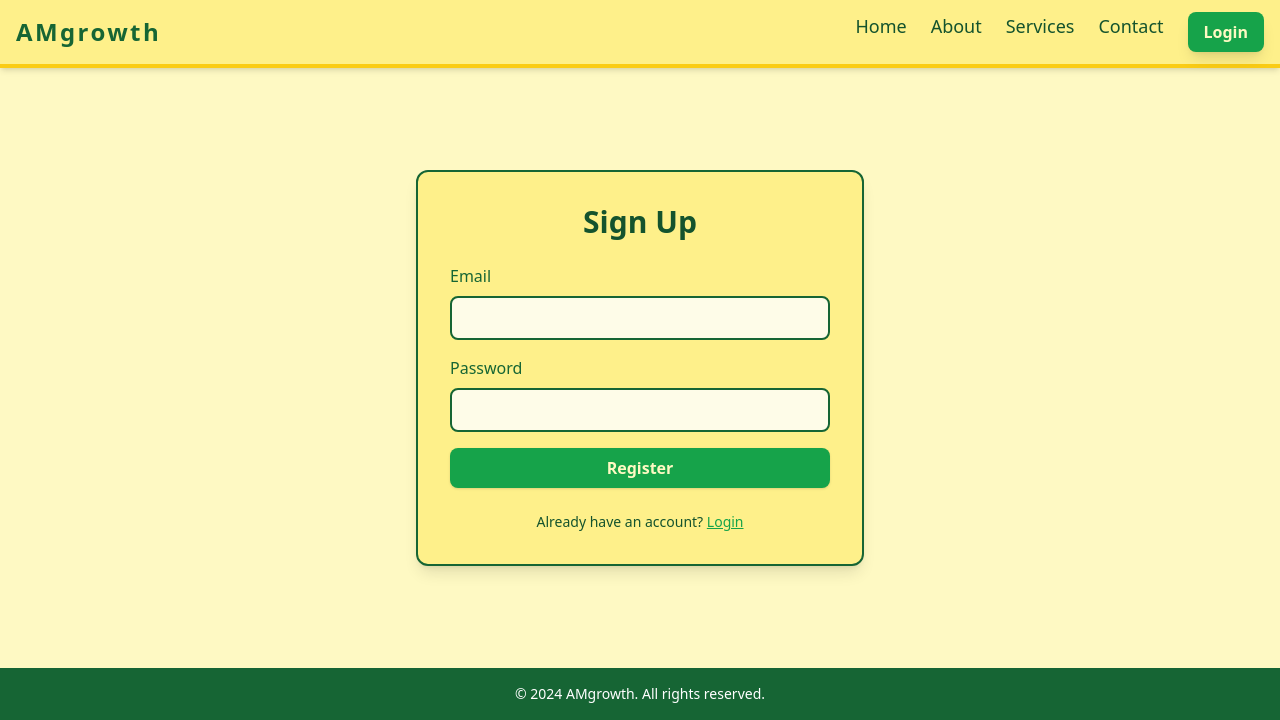
Repository: ArievfRahman-Dev/Mini-Project-II
Page: /regist (app in miniproject2/)
An editor plug-in stored every save of this project. The page is shown before and after the next save, followed by the edit.
The browser window is 1280 px wide. The pictures show the whole page.
The project was rebuilt for these pictures with package versions that can differ from the ones it lists, and the page was loaded fresh each time. Also part of the build but not shown: miniproject2/vite.config.js, miniproject2/src/pages/HomePage/index.jsx, miniproject2/src/pages/DetailUser/index.jsx, miniproject2/src/pages/LoginPage/index.jsx, miniproject2/src/routes/ProtectedRoute.jsx.

Above is the page before, as saved 2024-12-16 23:37:21.

### miniproject2/index.html
<!DOCTYPE html>
<html lang="en">
  <head>
    <meta charset="UTF-8" />
    <link rel="icon" type="image/svg+xml" href="/vite.svg" />
    <meta name="viewport" content="width=device-width, initial-scale=1.0" />
    <title>Vite + React</title>
    <link
      href="https://fonts.googleapis.com/css2?family=Roboto:wght@400;500;700&display=swap"
      rel="stylesheet"
    />
    <link
      href="https://cdn.jsdelivr.net/npm/remixicon/fonts/remixicon.css"
      rel="stylesheet"
    />
  </head>
  <body>
    <div id="root"></div>
    <script type="module" src="/src/main.jsx"></script>
  </body>
</html>

### miniproject2/src/App.jsx
import { BrowserRouter, Routes, Route } from "react-router-dom";
import { HomePage } from "./pages/HomePage";
import { DetailUser } from "./pages/DetailUser";
import { LoginPage } from "./pages/LoginPage";
import { RegisterPage } from "./pages/RegisterPages";
import { ProtectedRoute } from "./routes/ProtectedRoute";

export const App = () => {
  return (
    <div>
      <BrowserRouter>
        <Routes>
          <Route path="/" element={<HomePage />} />
          <Route
            path="/detail/:id"
            element={
              <ProtectedRoute>
                <DetailUser />
              </ProtectedRoute>
            }
          />
          <Route path="/login" element={<LoginPage />} />
          <Route path="/regist" element={<RegisterPage />} />
        </Routes>
      </BrowserRouter>
    </div>
  );
};

### miniproject2/src/pages/RegisterPages/index.jsx
import axios from "axios";
import { useState } from "react";
import { useNavigate } from "react-router-dom";
import { Navbar } from "../../components/Navbar";
import { Footer } from "../../components/Footer";
import { Link } from "react-router-dom";

export const RegisterPage = () => {
  const [form, setForm] = useState({
    email: "",
    password: "",
  });
  const [error, setError] = useState("");
  const [success, setSuccess] = useState("");
  const [loading, setLoading] = useState(false);

  const navigate = useNavigate();

  const handleChange = (e) => {
    setForm({
      ...form,
      [e.target.name]: e.target.value,
    });
  };

  const handleRegister = async (e) => {
    e.preventDefault();
    setLoading(true);
    try {
      const res = await axios.post("https://reqres.in/api/register", form);
      setSuccess("Registration successful.");
      setTimeout(() => {
        navigate("/login");
      }, 2000);
      console.log(res);
    } catch (error) {
      console.log(error.response);
      setError(error.response.data.error);
    } finally {
      setLoading(false);
    }
  };

  return (
    <div className="min-h-screen bg-yellow-100 flex flex-col">
      <Navbar />
      <div className="flex flex-1 items-center justify-center p-4">
        <div className="bg-yellow-200 p-8 rounded-xl shadow-lg w-full max-w-md border-2 border-green-800">
          <h1 className="text-3xl font-bold text-center text-green-900 retro-font mb-6">
            Sign Up
          </h1>
          <form>
            <div className="mb-4">
              <label
                htmlFor="email"
                className="block text-green-800 font-medium retro-font mb-2"
              >
                Email
              </label>
              <input
                type="email"
                name="email"
                onChange={handleChange}
                className="w-full px-4 py-2 border-2 border-green-800 rounded-lg focus:outline-none focus:ring-2 focus:ring-yellow-400 text-green-900 bg-yellow-50"
              />
            </div>
            <div className="mb-4">
              <label
                htmlFor="password"
                className="block text-green-800 font-medium retro-font mb-2"
              >
                Password
              </label>
              <input
                type="password"
                name="password"
                onChange={handleChange}
                className="w-full px-4 py-2 border-2 border-green-800 rounded-lg focus:outline-none focus:ring-2 focus:ring-yellow-400 text-green-900 bg-yellow-50"
              />
            </div>
            {error && <p className="mb-4 text-red-500 text-sm">{error}</p>}
            {success && (
              <p className="mb-4 text-green-500 text-sm">{success}</p>
            )}
            <button
              disabled={loading}
              onClick={handleRegister}
              className={`w-full px-4 py-2 font-semibold text-yellow-100 rounded-lg shadow retro-font ${
                loading
                  ? "bg-yellow-400 cursor-not-allowed"
                  : "bg-green-600 hover:bg-green-800"
              } focus:outline-none focus:ring-2 focus:ring-green-400 focus:ring-offset-1`}
              type="submit"
            >
              {loading ? "Loading..." : "Register"}
            </button>
          </form>
          <p className="mt-6 text-sm text-green-900 text-center">
            Already have an account?{" "}
            <Link
              to={`/login`}
              className="text-green-600 hover:text-green-800 retro-font underline"
            >
              Login
            </Link>
          </p>
        </div>
      </div>
      <Footer />
    </div>
  );
};

### miniproject2/src/components/Navbar/index.jsx
import { Link, useNavigate } from "react-router-dom";
import { useState } from "react";

export const Navbar = () => {
  const navigate = useNavigate();
  const token = localStorage.getItem("access_token");
  const [isMenuOpen, setIsMenuOpen] = useState(false);

  const handleLogout = () => {
    localStorage.clear();
    setTimeout(() => navigate("/login"), 1000);
  };

  const toggleMenu = () => setIsMenuOpen((prevState) => !prevState);

  // Close the menu when a menu item is clicked
  const closeMenu = () => setIsMenuOpen(false);

  return (
    <nav className="sticky top-0 z-50 bg-yellow-200 border-b-4 border-yellow-400 shadow-md">
      <div className="container mx-auto px-4 py-3 flex justify-between items-center">
        {/* Logo */}
        <Link
          to="/"
          className="text-2xl font-bold text-green-800 retro-font tracking-widest"
        >
          AMgrowth
        </Link>

        {/* Desktop Navigation Links */}
        <div className="hidden md:flex space-x-6">
          <Link
            to="/"
            className="text-green-900 hover:text-yellow-700 font-medium text-lg"
          >
            Home
          </Link>
          <Link
            to="/about"
            className="text-green-900 hover:text-yellow-700 font-medium text-lg"
          >
            About
          </Link>
          <Link
            to="/services"
            className="text-green-900 hover:text-yellow-700 font-medium text-lg"
          >
            Services
          </Link>
          <Link
            to="/contact"
            className="text-green-900 hover:text-yellow-700 font-medium text-lg"
          >
            Contact
          </Link>

          {/* Login/Logout Button */}
          {token ? (
            <button
              className="px-4 py-2 font-semibold text-yellow-100 bg-gray-500 rounded-lg hover:bg-gray-600 retro-font shadow-lg"
              onClick={handleLogout}
            >
              Logout
            </button>
          ) : (
            <Link
              to="/login"
              className="px-4 py-2 font-semibold text-yellow-100 bg-green-600 rounded-lg hover:bg-green-800 retro-font shadow-lg"
            >
              Login
            </Link>
          )}
        </div>

        {/* Hamburger Icon for Mobile */}
        <div className="md:hidden" onClick={toggleMenu}>
          <i className={isMenuOpen ? "ri-close-line" : "ri-menu-line"}></i>
        </div>
      </div>

      {/* Mobile Menu Links */}
      {isMenuOpen && (
        <div className="md:hidden flex flex-col items-center py-3 bg-yellow-200">
          <Link
            to="/"
            className="text-green-900 hover:text-yellow-700 font-medium text-lg py-2"
            onClick={() => {
              closeMenu();
            }}
          >
            Home
          </Link>
          <Link
            to="/about"
            className="text-green-900 hover:text-yellow-700 font-medium text-lg py-2"
            onClick={() => {
              closeMenu();
            }}
          >
            About
          </Link>
          <Link
            to="/services"
            className="text-green-900 hover:text-yellow-700 font-medium text-lg py-2"
            onClick={() => {
              closeMenu();
            }}
          >
            Services
          </Link>
          <Link
            to="/contact"
            className="text-green-900 hover:text-yellow-700 font-medium text-lg py-2"
            onClick={() => {
              closeMenu();
            }}
          >
            Contact
          </Link>

          {/* Login/Logout Button */}
          {token ? (
            <button
              className="px-4 py-2 font-semibold text-yellow-100 bg-gray-500 rounded-lg hover:bg-gray-600 retro-font shadow-lg mt-2"
              onClick={handleLogout}
            >
              Logout
            </button>
          ) : (
            <Link
              to="/login"
              className="px-4 py-2 font-semibold text-yellow-100 bg-green-600 rounded-lg hover:bg-green-800 retro-font shadow-lg mt-2"
              onClick={closeMenu}
            >
              Login
            </Link>
          )}
        </div>
      )}
    </nav>
  );
};

### miniproject2/src/components/Footer/index.jsx
export const Footer = () => {
  return (
    <div className="bg-green-800 text-white py-4">
      <div className="container mx-auto text-center">
        <p className="text-sm">
          &copy; {new Date().getFullYear()} AMgrowth. All rights reserved.
        </p>
      </div>
    </div>
  );
};

Loaded but not shown: miniproject2/src/main.jsx (common file); miniproject2/src/index.css (common file); miniproject2/tailwind.config.js (common file)

After the next save:
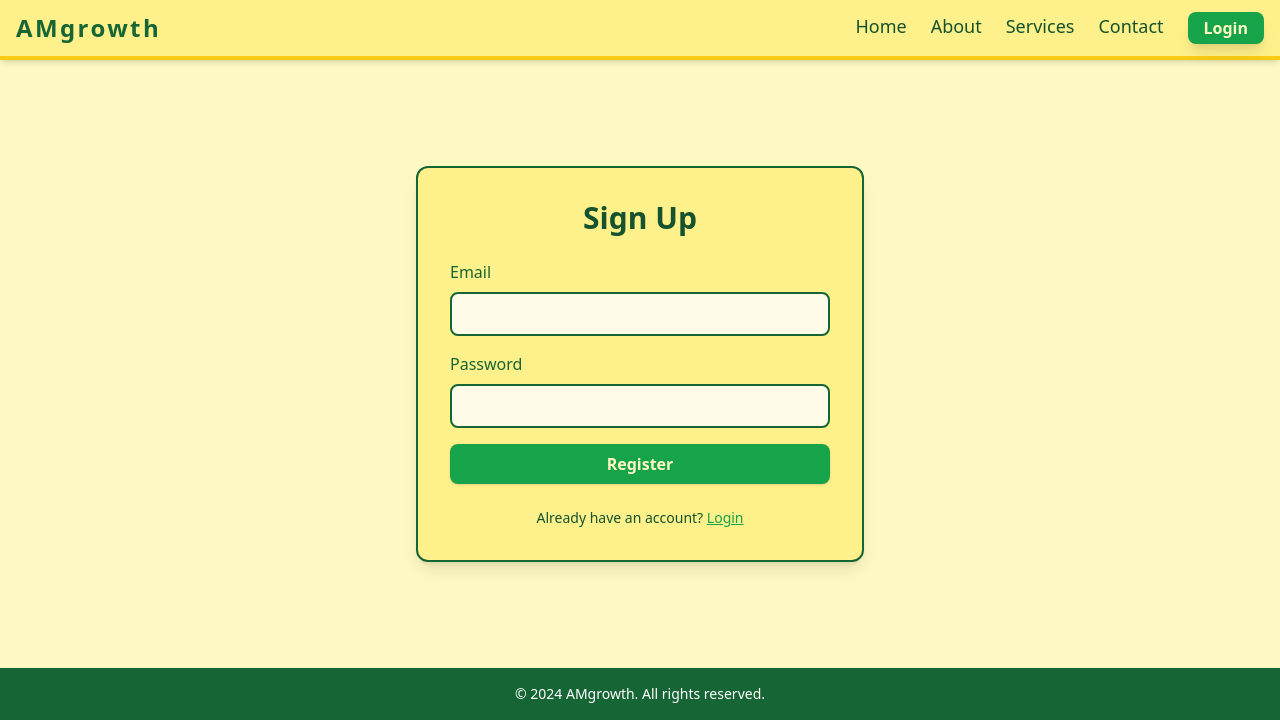
Saved 6 s later.
--- a/miniproject2/src/components/Navbar/index.jsx
+++ b/miniproject2/src/components/Navbar/index.jsx
@@ -5,21 +5,31 @@ export const Navbar = () => {
   const navigate = useNavigate();
   const token = localStorage.getItem("access_token");
   const [isMenuOpen, setIsMenuOpen] = useState(false);
+  const [activeLink, setActiveLink] = useState("");
 
   const handleLogout = () => {
     localStorage.clear();
-    setTimeout(() => navigate("/login"), 1000);
+    setTimeout(() => {
+      navigate("/login");
+    }, 1000);
   };
 
-  const toggleMenu = () => setIsMenuOpen((prevState) => !prevState);
+  const toggleMenu = () => {
+    setIsMenuOpen((prevState) => !prevState);
+  };
 
-  // Close the menu when a menu item is clicked
-  const closeMenu = () => setIsMenuOpen(false);
+  const closeMenu = () => {
+    setIsMenuOpen(false);
+  };
+
+  const handleLinkClick = (sectionId) => {
+    setActiveLink(sectionId);
+    closeMenu();
+  };
 
   return (
     <nav className="sticky top-0 z-50 bg-yellow-200 border-b-4 border-yellow-400 shadow-md">
       <div className="container mx-auto px-4 py-3 flex justify-between items-center">
-        {/* Logo */}
         <Link
           to="/"
           className="text-2xl font-bold text-green-800 retro-font tracking-widest"
@@ -27,37 +37,46 @@ export const Navbar = () => {
           AMgrowth
         </Link>
 
-        {/* Desktop Navigation Links */}
         <div className="hidden md:flex space-x-6">
           <Link
             to="/"
-            className="text-green-900 hover:text-yellow-700 font-medium text-lg"
+            className={`text-green-900 hover:text-yellow-700 font-medium text-lg ${
+              activeLink === "home" ? "text-yellow-700" : ""
+            }`}
+            onClick={() => handleLinkClick("home")}
           >
             Home
           </Link>
           <Link
             to="/about"
-            className="text-green-900 hover:text-yellow-700 font-medium text-lg"
+            className={`text-green-900 hover:text-yellow-700 font-medium text-lg ${
+              activeLink === "about" ? "text-yellow-700" : ""
+            }`}
+            onClick={() => handleLinkClick("about")}
           >
             About
           </Link>
           <Link
             to="/services"
-            className="text-green-900 hover:text-yellow-700 font-medium text-lg"
+            className={`text-green-900 hover:text-yellow-700 font-medium text-lg ${
+              activeLink === "services" ? "text-yellow-700" : ""
+            }`}
+            onClick={() => handleLinkClick("services")}
           >
             Services
           </Link>
           <Link
             to="/contact"
-            className="text-green-900 hover:text-yellow-700 font-medium text-lg"
+            className={`text-green-900 hover:text-yellow-700 font-medium text-lg ${
+              activeLink === "contact" ? "text-yellow-700" : ""
+            }`}
+            onClick={() => handleLinkClick("contact")}
           >
             Contact
           </Link>
-
-          {/* Login/Logout Button */}
           {token ? (
             <button
-              className="px-4 py-2 font-semibold text-yellow-100 bg-gray-500 rounded-lg hover:bg-gray-600 retro-font shadow-lg"
+              className="px-4 py-1 font-semibold text-yellow-100 transition-colors bg-gray-500 rounded-lg hover:bg-gray-600 retro-font shadow-lg"
               onClick={handleLogout}
             >
               Logout
@@ -65,7 +84,7 @@ export const Navbar = () => {
           ) : (
             <Link
               to="/login"
-              className="px-4 py-2 font-semibold text-yellow-100 bg-green-600 rounded-lg hover:bg-green-800 retro-font shadow-lg"
+              className="px-4 py-1 font-semibold text-yellow-100 transition-colors bg-green-600 rounded-lg hover:bg-green-800 retro-font shadow-lg"
             >
               Login
             </Link>
@@ -78,47 +97,45 @@ export const Navbar = () => {
         </div>
       </div>
 
-      {/* Mobile Menu Links */}
+      {/* Mobile Navigation Menu */}
       {isMenuOpen && (
         <div className="md:hidden flex flex-col items-center py-3 bg-yellow-200">
           <Link
             to="/"
-            className="text-green-900 hover:text-yellow-700 font-medium text-lg py-2"
-            onClick={() => {
-              closeMenu();
-            }}
+            className={`text-green-900 hover:text-yellow-700 font-medium text-lg py-2 ${
+              activeLink === "home" ? "text-yellow-700" : ""
+            }`}
+            onClick={() => handleLinkClick("home")}
           >
             Home
           </Link>
           <Link
             to="/about"
-            className="text-green-900 hover:text-yellow-700 font-medium text-lg py-2"
-            onClick={() => {
-              closeMenu();
-            }}
+            className={`text-green-900 hover:text-yellow-700 font-medium text-lg py-2 ${
+              activeLink === "about" ? "text-yellow-700" : ""
+            }`}
+            onClick={() => handleLinkClick("about")}
           >
             About
           </Link>
           <Link
             to="/services"
-            className="text-green-900 hover:text-yellow-700 font-medium text-lg py-2"
-            onClick={() => {
-              closeMenu();
-            }}
+            className={`text-green-900 hover:text-yellow-700 font-medium text-lg py-2 ${
+              activeLink === "services" ? "text-yellow-700" : ""
+            }`}
+            onClick={() => handleLinkClick("services")}
           >
             Services
           </Link>
           <Link
             to="/contact"
-            className="text-green-900 hover:text-yellow-700 font-medium text-lg py-2"
-            onClick={() => {
-              closeMenu();
-            }}
+            className={`text-green-900 hover:text-yellow-700 font-medium text-lg py-2 ${
+              activeLink === "contact" ? "text-yellow-700" : ""
+            }`}
+            onClick={() => handleLinkClick("contact")}
           >
             Contact
           </Link>
-
-          {/* Login/Logout Button */}
           {token ? (
             <button
               className="px-4 py-2 font-semibold text-yellow-100 bg-gray-500 rounded-lg hover:bg-gray-600 retro-font shadow-lg mt-2"
